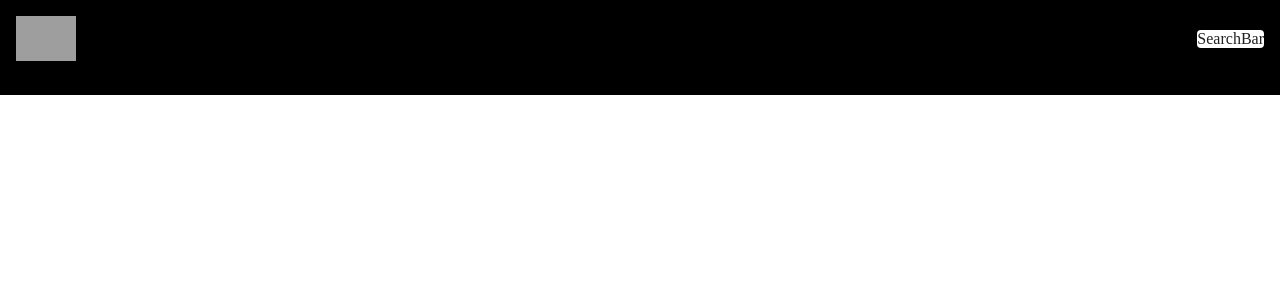
Repository: hieuhieu10/youtube_clone
Page: /
An editor plug-in stored every save of this project. The page is shown before and after the next save, followed by the edit.
The browser window is 1280 px wide. The pictures show the whole page.
Pictures or frames that could not be fetched are drawn as grey boxes. The project was rebuilt for these pictures with package versions that can differ from the ones it lists, and the page was loaded fresh each time. Also part of the build but not shown: src/utils/constants.js, src/components/ChannelDetail.jsx, src/components/VideoDetail.jsx, src/components/SearchFeed.jsx.

Above is the page before, as saved 2023-04-12 09:55:57.

### public/index.html
<!DOCTYPE html>
<html lang="en">

<head>
  <meta charset="utf-8" />
  <link rel="icon" href="%PUBLIC_URL%/favicon.ico" />
  <meta name="viewport" content="width=device-width, initial-scale=1" />
  <meta name="theme-color" content="#000000" />
  <meta name="description" content="Web site created using create-react-app" />
  <link rel="apple-touch-icon" href="%PUBLIC_URL%/logo192.png" />

  <link rel="manifest" href="%PUBLIC_URL%/manifest.json" />
  <link rel="stylesheet" href="https://fonts.googleapis.com/icon?family=Material+Icons" />
  <link rel="stylesheet" href="https://fonts.googleapis.com/css?family=Roboto:300,400,500,700&display=swap" />
  <title>youtube Clone</title>
</head>

<body>
  <noscript>You need to enable JavaScript to run this app.</noscript>
  <div id="root"></div>

</body>

</html>

### src/index.js
import React from "react";
import  ReactDOM  from "react-dom/client";

import App from "./App";
import './index.css';

const root = ReactDOM.createRoot(document.getElementById('root'))
root.render(<App/>)

### src/App.js
import React from 'react'
import { BrowserRouter, Routes, Route } from 'react-router-dom'
import { Box } from '@mui/material'

import { Navbar, ChannelDetail, Feed, SearchFeed, VideoDetail } from './components'

const App = () => (
      <BrowserRouter>
      <Box sx={{backgroundColor: '#000'}}>
         < Navbar/>
          <Routes>
            <Route path='/' exact element={<Feed/>}/>
            <Route path='/video/:id'  element={<VideoDetail/>}/>
            <Route path='/Channel/:id'  element={<ChannelDetail/>}/>
            <Route path='/Search/:SearchTerm'  element={<SearchFeed/>}/>
          </Routes>
      </Box>
      </BrowserRouter>
      )

export default App

### src/components/index.js
export {default as Navbar}  from './Navbar'
export {default as Feed} from './Feed'
export {default as ChannelDetail} from './ChannelDetail'
export {default as VideoDetail} from './VideoDetail'
export {default as SearchFeed} from './SearchFeed'
export {default as SearchBar} from './SearchBar'

### src/components/Navbar.jsx
import { Stack } from "@mui/material"
import { Link } from "react-router-dom"

import {logo} from '../utils/constants'
import SearchBar from "./SearchBar"
const Navbar = () => (
    <Stack direction='row'
    alignItems='center'
    p={2}
    sx={{ position: 'sticky',background: '#000',
    top:0, justifyContent: 'space-between' }}>
      <Link to='/' style={{display: 'flex', alignItems: 'center'}}>
        <img src={logo} alt="logo" height={45}/>
      </Link>
      <SearchBar/>

      </Stack>
  )


export default Navbar

### src/components/SearchBar.jsx
import { useState } from "react"
import { useNavigate } from "react-router-dom"
import { Paper, IconButton } from "@mui/material"
import {SearchIcon} from '@mui/material'

const SearchBar = () => {
  return (
    <Paper>SearchBar</Paper>
  )
}

export default SearchBar

Loaded but not shown: src/index.css (common file); src/components/Feed.jsx (common file)

After the next save:
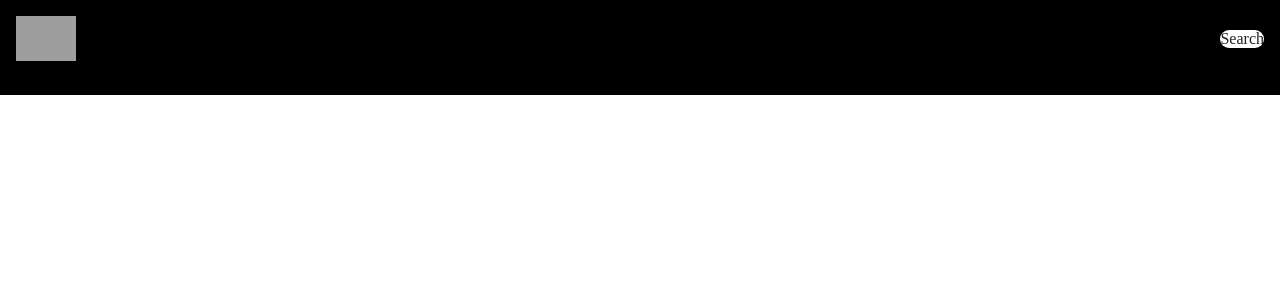
Saved 10 min 11 s later.
--- a/src/components/SearchBar.jsx
+++ b/src/components/SearchBar.jsx
@@ -5,7 +5,10 @@
 
 const SearchBar = () => {
   return (
-    <Paper>SearchBar</Paper>
+    <Paper component="form" onSubmit={()=>{}}
+    sx={{borderRadius: 20 }}>
+        Search
+    </Paper>
   )
 }
 
